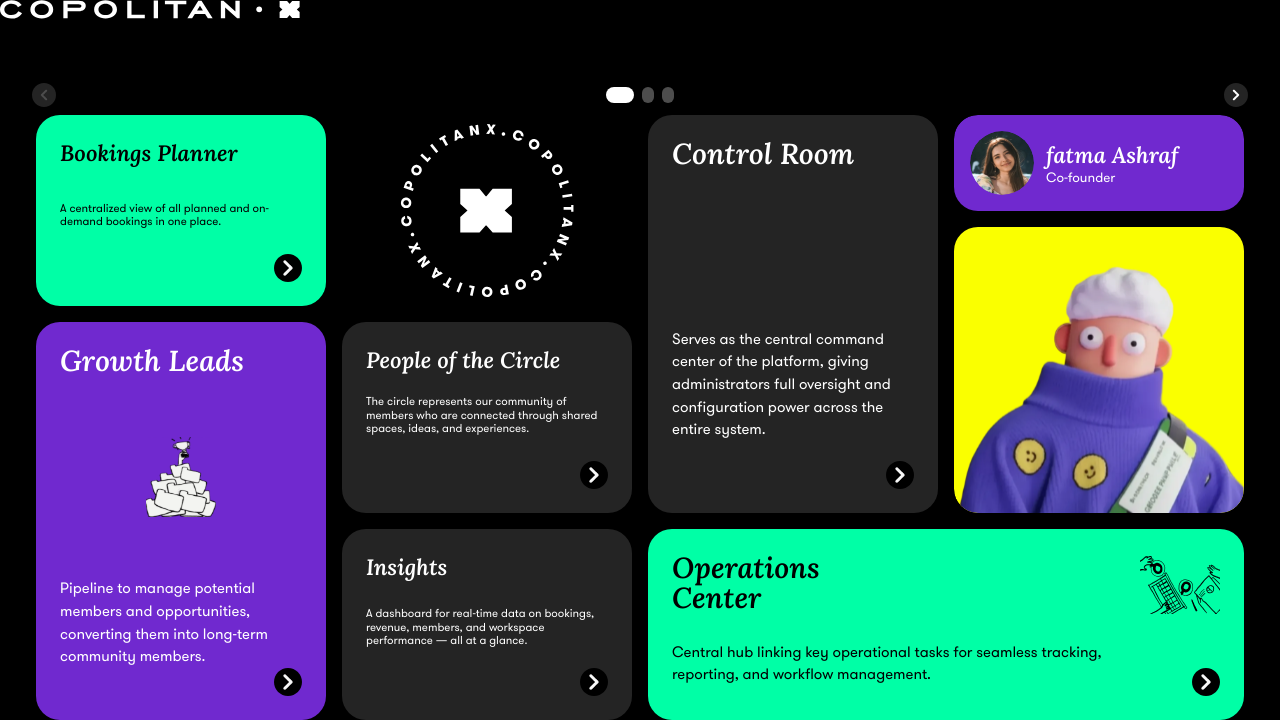
Repository: mohameddtalal/Copolitan-X
Page: /dashboard
These files come from the project's save history. The page is drawn as it stood at one moment and after the next save; the edit follows.
The browser window is 1280 px wide. The pictures show the whole page.
The project was rebuilt for these pictures with package versions that can differ from the ones it lists, and the page was loaded fresh each time. The framework's server and built-in components were replaced by stand-ins that run in the browser. Also part of the build but not shown: next.config.ts.

Above is the page before, as saved 2026-02-10 14:54:54.

### src/app/layout.tsx
import type { Metadata } from "next";
import { Geist, Geist_Mono } from "next/font/google";
import "./globals.css";
import Navbar from "@/components/Navbars/NavbarDynamic";
import { NavProvider } from "@/components/Context/Navcontext";

const geistSans = Geist({
  variable: "--font-geist-sans",
  subsets: ["latin"],
});

const geistMono = Geist_Mono({
  variable: "--font-geist-mono",
  subsets: ["latin"],
});

export const metadata: Metadata = {
  title: "Create Next App",
  description: "Generated by create next app",
};

export default function RootLayout({
  children,
}: Readonly<{
  children: React.ReactNode;
}>) {
  return (
    <html lang="en">
      <body
        className={`${geistSans.variable} ${geistMono.variable} antialiased  w-full flex flex-col m-0 p-0`}
      >

        <NavProvider>
          <div className="flex-shrink-0">
            <Navbar />
          </div>
          <div className="flex-1 overflow-auto w-full">
            {children}
          </div>
        </NavProvider>

      </body>
    </html>
  );
}

### src/app/(pages)/dashboard/page.tsx

'use client';

import BentoGrid from "@/components/BentoGrid/BentoGrid";





export default function DashboardPage() {
  return (
      <>
        <BentoGrid/>
      </>
  );
}

### src/app/globals.css
@import "tailwindcss";



:root {
  --background: #000000;
  --foreground: #ffffff;
  --green: #00ffa6;
}



@theme inline {
  --color-background: var(--background);
  --color-foreground: var(--foreground);
}

@media (prefers-color-scheme: dark) {
  :root {
    --background: #000000;
    --foreground: #ffffff;
  }
}

/* GT Walsheim */
@font-face {
  font-family: "GT Walsheim";
  src: url("/fonts/GT-Walsheim-Pro-Light.ttf") format("truetype");
  font-weight: 300;
  font-style: normal;
  font-display: swap;
}

@font-face {
  font-family: "GT Walsheim";
  src: url("/fonts/GT-Walsheim-Pro-Regular.ttf") format("truetype");
  font-weight: 400;
  font-style: normal;
  font-display: swap;
}

@font-face {
  font-family: "GT Walsheim";
  src: url("/fonts/GT-Walsheim-Pro-Medium.ttf") format("truetype");
  font-weight: 500;
  font-style: normal;
  font-display: swap;
}

@font-face {
  font-family: "GT Walsheim";
  src: url("/fonts/GT-Walsheim-Pro-Bold.ttf") format("truetype");
  font-weight: 700;
  font-style: normal;
  font-display: swap;
}

@font-face {
  font-family: "GT Walsheim";
  src: url("/fonts/GT-Walsheim-Pro-Ultra-Bold.ttf") format("truetype");
  font-weight: 800;
  font-style: normal;
  font-display: swap;
}

@font-face {
  font-family: "GT Walsheim";
  src: url("/fonts/GT-Walsheim-Pro-Ultra-Bold-Oblique.ttf") format("truetype");
  font-weight: 800;
  font-style: italic;
  font-display: swap;
}

@font-face {
  font-family: "Lora";
  src: url("/fonts/Lora-Italic.ttf") format("truetype");
  font-weight: 400;
  font-style: italic;
  font-display: swap;
}

@font-face {
  font-family: "Lora";
  src: url("/fonts/Lora-MediumItalic.ttf") format("truetype");
  font-weight: 500;
  font-style: italic;
  font-display: swap;
}

@font-face {
  font-family: "Lora";
  src: url("/fonts/Lora-SemiBoldItalic.ttf") format("truetype");
  font-weight: 600;
  font-style: italic;
  font-display: swap;
}

@font-face {
  font-family: "Lora";
  src: url("/fonts/Lora-BoldItalic.ttf") format("truetype");
  font-weight: 700;
  font-style: italic;
  font-display: swap;
}

body {
  background: var(--background);
  color: var(--foreground);
  font-family:
    "GT Walsheim",
    "Lora",
}

.font-gtwalsheim {
  font-family: "GT Walsheim";
  font-weight: 400;
}

.font-lora {
  font-family: "Lora";
}

.lora-semibold-italic {
  font-family: "Lora";
  font-weight: 600;
  font-style: italic;
}



.title-lg {
  font-size: clamp(1.125rem, 0.8571rem + 1.1905vw, 2rem);
  line-height: 30px;
}

.desc-lg {
  font-size: clamp(0.75rem, 0.6735rem + 0.3401vw, 1rem);
}

.title-md {
  font-size: clamp(1rem, 0.8469rem + 0.6803vw, 1.5rem);
  line-height: clamp(1.375rem, 1.1837rem + 0.8503vw, 2rem);
}

.desc-md {
  font-size: clamp(0.75rem, 0.7117rem + 0.1701vw, 0.875rem);
  line-height: clamp(0.75rem, 0.7117rem + 0.1701vw, 0.875rem);
}

.title-sm {
  font-size: clamp(1rem, 0.8469rem + 0.6803vw, 1.5rem);
  line-height: clamp(1.375rem, 1.1837rem + 0.8503vw, 2rem);
}

.desc-sm {
  font-size: clamp(0.625rem, 0.5867rem + 0.1701vw, 0.75rem);
  line-height: clamp(0.75rem, 0.7117rem + 0.1701vw, 0.875rem);
}
@media (min-height: 670px) {
body,html{
height: 100%;
}
}


/* width */
::-webkit-scrollbar {
  width: 8px;
  height: 8px;
}

/* Track */
::-webkit-scrollbar-track {
  background: transparent;
}

/* Handle */
::-webkit-scrollbar-thumb {
  background-color: #555;
  border-radius: 9999px;
  border: 2px solid transparent;
  background-clip: content-box;
}

/* Handle on hover */
::-webkit-scrollbar-thumb:hover {
  background-color: #777;
}

/* Flip Card Styles */
.perspective-1000 {
  perspective: 1000px;
}

.flip-wrapper {
  width: 100%;
  height: 100%;
  position: relative;
  transform-style: preserve-3d;
  transition: transform 0.6s;
  cursor: pointer;
}

.group:hover .flip-wrapper {
  transform: rotateY(180deg);
}

.flip-front,
.flip-back {
  backface-visibility: hidden;
  position: absolute;
  top: 0;
  left: 0;
  width: 100%;
  height: 100%;
}

.flip-front {
  z-index: 2;
  transform: rotateY(0deg);
}

.flip-back {
  transform: rotateY(180deg);
}

.card-button {
  padding: 8px 16px;
  border-radius: 9999px;
  font-size: 14px;
  font-weight: 500;
  border: none;
  cursor: pointer;
  display: flex;
  align-items: center;
  justify-content: center;
}

.card-back-scroller {
  flex: 1;
  overflow-y: auto;
  margin-top: auto;
}

### src/components/Navbars/NavbarDynamic.tsx
"use client";
import { useRouter } from "next/navigation";
import Link from "next/link";
import Image from "next/image";
import { useState } from "react";
import { useNav } from "@/components/Context/Navcontext";

const Navbar = () => {
  const [isSearchOpen, setIsSearchOpen] = useState(false);
  const [searchText, setSearchText] = useState("");
  const { selectedTitle, selectedButton } = useNav();
  const router = useRouter();
  const handleSearch = () => {
    setIsSearchOpen((prev) => !prev); // toggle input
  };
  return (
    <nav className="navbar ">
      <div className="row">
        <Link href="/dashboard">
          <div className="logo">
            <Image
              src="/navbar/Layer_1.svg"
              alt="LogoImage"
              className="logo-img"
              width={301}
              height={19}
            />
          </div>
        </Link>
        <div className="nav-inside">
          <div
            className=""
            style={{ marginBottom: "0px", color: "var(--black)" }}
          >
            <p>{selectedTitle}</p>
          </div>
          <div
            className=""
            style={{
              marginTop: "0px",
              color: "var(--black)",
              fontSize: "16px",
            }}
          >
            <p>{selectedButton}</p>
          </div>
        </div>
        <div className="navItems" style={{ position: "relative" }}>
          {isSearchOpen && (
            <input
              type="text"
              className="search-input"
              placeholder="Search..."
              value={searchText}
              onChange={(e) => setSearchText(e.target.value)}
              autoFocus
            />
          )}
          <div className="search">
            <button
              className="search"
              style={{ zIndex: 10, cursor: "pointer" }}
              onClick={handleSearch}
            >
              <Image
                className="search-img"
                src="/navbar/search.svg"
                alt="search"
                width={18}
                height={18}
              />
            </button>
            {/* Search input (show only if open) */}
          </div>
          <div className="line"></div>
          <div className="notifications">
            <button
              className="notification"
              style={{ cursor: "pointer" }}
              onClick={() => router.push("/notificationPage")}
            >
              <Image
                className="notification-img"
                src="/navbar/notification.svg"
                alt="notification"
                width={21}
                height={21}
              />
            </button>
          </div>
          <div className="line"></div>
          <div className="quote">
            <Image
              src="/navbar/quote.svg"
              alt="quote"
              width={14}
              height={13}
              className="quote-img"
            />
          </div>
        </div>
      </div>
    </nav>
  );
};

export default Navbar;

### src/components/Context/Navcontext.tsx
"use client";

import { createContext, useContext, useState } from "react";

const NavContext = createContext<any>(null);

export function NavProvider({ children }: { children: React.ReactNode }) {
  const [selectedTitle, setSelectedTitle] = useState("");
  const [selectedButton, setSelectedButton] = useState("");

  return (
    <NavContext.Provider
      value={{ selectedTitle, setSelectedTitle, selectedButton, setSelectedButton }}
    >
      {children}
    </NavContext.Provider>
  );
}

export function useNav() {
  return useContext(NavContext);
}

### src/components/BentoGrid/BentoGrid.tsx
import React, { useState } from 'react';
import { motion } from 'framer-motion';
import Navigation from '../Navigation/Navigation';
import PageContainer from '../PageContainer/PageContainer';
import BadgeCard from '../BadgeCard/BadgeCard';

const BentoGrid = () => {
    const [currentPage, setCurrentPage] = useState(0);

    // Dummy data for cards - 3 pages × 12 cards each
    const pages = [
        // Page 1
        [
            { id: 1, title: "Bookings Planner", description: "A centralized view of all planned and on-demand bookings in one place.", color: "bg-[var(--green)]", span: "col-span-1 row-span-1", flippable: true },
            { id: 2, title: "", description: "", color: "bg-[var(--background)]", span: "col-span-1 row-span-1", image: "/cards/CIRCULAR TEXT.svg" },
            { id: 3, title: "Control Room", description: "Serves as the central command center of the platform, giving administrators full oversight and configuration power across the entire system.", color: "bg-[#242424]", span: "col-span-1 row-span-2", flippable: true },
            { id: 4, title: "fatma Ashraf", description: "Co-founder", color: "bg-[var(--background)]", span: "col-span-1 row-span-2", isSplit: true, profileImage: "/cards/profile.svg", characterImage: "/cards/character.svg" },
            { id: 5, title: "Growth Leads", description: "Pipeline to manage potential members and opportunities, converting them into long-term community members.", color: "bg-[#7029CF]", span: "col-span-1 row-span-2", cardImage: "/cards/card5.svg", layoutType: "column" },
            { id: 6, title: "People of the Circle", description: "The circle represents our community of members who are connected through shared spaces, ideas, and experiences.", color: "bg-[#242424]", span: "col-span-1 row-span-1" },
            { id: 7, title: "Insights", description: "A dashboard for real-time data on bookings, revenue, members, and workspace performance — all at a glance.", color: "bg-[#242424]", span: "col-span-1 row-span-1" },
            { id: 8, title: "Operations \nCenter", description: "Central hub linking key operational tasks for seamless tracking, reporting, and workflow management.", color: "bg-[var(--green)]", span: "col-span-2 row-span-1", cardImage: "/cards/card8.svg", layoutType: "row" },
        ],
        // Page 2
        [
            { id: 9, title: "Partnerships Network", description: "Oversee and manage all partnerships, deals, and strategic collaborations", color: "bg-[#FFD3D2]", span: "col-span-1 row-span-1", flippable: true },
            { id: 2, title: "", description: "", color: "bg-[var(--background)]", span: "col-span-1 row-span-1", image: "/cards/CIRCULAR TEXT.svg" },
            { id: 10, title: "Security \nControl", description: "Serves as the central command center of the platform, giving administrators full oversight and configuration power across the entire system.", color: "bg-[#242424]", span: "col-span-1 row-span-2", cardImage: "/cards/card11.svg", layoutType: "column" },
            { id: 4, title: "fatma Ashraf", description: "Co-founder", color: "bg-[var(--background)]", span: "col-span-1 row-span-2", isSplit: true, profileImage: "/cards/profile.svg", characterImage: "/cards/character.svg" },
            { id: 11, title: "Finance Center", description: "A control panel for streamlined financial records and insights collaborations.", color: "bg-[#242424]", span: "col-span-1 row-span-2" },
            { id: 12, title: "Experience& \nEngagement Lab", description: "A tools lab that drives engagement and growth where experience is refined and elevated.", color: "bg-[#242424]", span: "col-span-1 row-span-1" },
            { id: 13, title: "Data Hub", description: "A streamlined repository for all data collect, analyze, and access key metrics to drive informed decisions.", color: "bg-[#242424]", span: "col-span-1 row-span-1" },
            { id: 14, title: "Facility \nManagement ", description: "Central hub linking key operational tasks for seamless tracking, reporting, and workflow management.", color: "bg-[#242424]", span: "col-span-2 row-span-1", cardImage: "/cards/card15.svg", layoutType: "row" },
        ],
        // Page 3
        [
            { id: 15, title: "Data Hub", description: "A streamlined repository for all data collect, analyze, and access key metrics to drive informed decisions.", color: "bg-[#FFD3D2]", span: "col-span-1 row-span-1", flippable: true },
            { id: 2, title: "", description: "", color: "invisible pointer-events-none", span: "col-span-1 row-span-1", image: "/cards/CIRCULAR TEXT.svg" },
            { id: 10, title: "Security \nControl", description: "Serves as the central command center of the platform, giving administrators full oversight and configuration power across the entire system.", color: "invisible pointer-events-none", span: "col-span-1 row-span-2", cardImage: "/cards/card11.svg", layoutType: "column" },
            { id: 4, title: "fatma Ashraf", description: "Co-founder", color: "bg-[var(--background)]", span: "col-span-1 row-span-2", isSplit: true, profileImage: "/cards/profile.svg", characterImage: "/cards/character.svg" },
            { id: 11, title: "Finance Center", description: "A control panel for streamlined financial records and insights collaborations.", color: "invisible pointer-events-none", span: "col-span-1 row-span-2" },
            { id: 12, title: "Experience& \nEngagement Lab", description: "A tools lab that drives engagement and growth where experience is refined and elevated.", color: "invisible pointer-events-none", span: "col-span-1 row-span-1" },
            { id: 13, title: "Data Hub", description: "A streamlined repository for all data collect, analyze, and access key metrics to drive informed decisions.", color: "invisible pointer-events-none", span: "col-span-1 row-span-1" },
            { id: 14, title: "Facility \nManagement ", description: "Central hub linking key operational tasks for seamless tracking, reporting, and workflow management.", color: "invisible pointer-events-none", span: "col-span-2 row-span-1", cardImage: "/cards/card15.svg", layoutType: "row" },
        ],



    ];
    const nextPage = () => {
        if (currentPage < pages.length - 1) {
            setCurrentPage(currentPage + 1);
        }
    };

    const prevPage = () => {
        if (currentPage > 0) {
            setCurrentPage(currentPage - 1);
        }
    };

    return (
        <div className="w-full h-full  px-1 sm:px-1 md:px-2 lg:px-3 xl:px-5 flex flex-col overflow-hidden">
            {/* Navigation Section */}
            <Navigation
              currentPage={currentPage}
              pages={pages}
              setCurrentPage={setCurrentPage}
              totalPages={pages.length}
              onPrev={prevPage}
              onNext={nextPage}
            />

            {/* Grid Container */}
            <div className="flex-1 overflow-hidden w-full min-h-0">
                <div
                    className="flex h-full w-full transition-transform duration-1000 ease-[cubic-bezier(0.16,1,0.3,1)]"
                    style={{ transform: `translateX(-${currentPage * 100}%)` }}
                >
                    {pages.map((page, pageIndex) => (
                        <PageContainer key={pageIndex}>
                            {page.map((card) => (
                                <BadgeCard key={card.id} card={card} />
                            ))}
                        </PageContainer>
                    ))}
                </div>
            </div>


        </div>
    );
};

export default BentoGrid;

### src/components/Navigation/Navigation.tsx
import React from 'react';

export default function Navigation({
  currentPage,
  totalPages,
  setCurrentPage,
  pages,
  onPrev,
  onNext,
}: {
  currentPage: number;
  totalPages: number;
  setCurrentPage:Function,
  pages:any[],
  onPrev: () => void;
  onNext: () => void;
}) {
  return (
    <div className="flex items-center justify-between  shrink-0 px-1 sm:px-1 md:px-1 lg:px-2 xl:px-3  ">
      <div className="flex  justify-between w-full items-center mb-2">
        <button
          onClick={onPrev}
          disabled={currentPage === 0}
          className={`rounded-full  transition-all ${
            currentPage === 0 ? 'cursor-not-allowed' : 'cursor-pointer'
          }`}
        >
          <img
            src={currentPage === 0 ? "/cards/DimmedLeft.svg" : "/cards/Left.svg"}
            alt="Previous"
            className="w-3 h-3 sm:w-4 sm:h-4 lg:w-6 lg:h-6"
          />
        </button>
   {/* Page Indicators */}
            <div className="flex justify-center gap-2 shrink-0 ">
                {pages.map((_, index) => (
                    <button
                        key={index}
                        onClick={() => setCurrentPage(index)}
                        className={`h-4 cursor-pointer rounded-full transition-all ${currentPage === index ? 'w-5 sm:w-7 bg-white' : 'w-3 bg-white/30'
                            }`}
                    />
                ))}
            </div>
        <button
          onClick={onNext}
          disabled={currentPage === totalPages - 1}
          className={`rounded-full transition-all   ${
            currentPage === totalPages - 1 ? 'cursor-not-allowed' : 'cursor-pointer'
          }`}
        >
          <img
            src={currentPage === totalPages - 1 ? "/cards/DimmedRight.svg" : "/cards/Right.svg"}
            alt="Next"
            className="w-3 h-3 sm:w-4 sm:h-4 lg:w-6 lg:h-6"
          />
        </button>
      </div>
    </div>
  );
}

### src/components/PageContainer/PageContainer.tsx
export default function PageContainer({ children }: { children: React.ReactNode }) {


    return (
        <div className="min-w-full h-full px-1.5 sm:px-2 md:px-2 lg:px-3 xl:px-4 flex items-center justify-center ">
            <div className="grid grid-cols-4 grid-rows-3 gap-2 sm:gap-3 lg:gap-4 w-full h-full auto-rows-fr relative">
                {children}
            </div>
        </div>
    )
}

### src/components/BadgeCard/BadgeCard.module.css

.card-3,
.card-10,
.card-11 {
  display: flex;
  height: 100%;
  flex-direction: column;
  justify-content: space-between;
  padding-bottom: 20px;
}

.card-1,
.card-15,
.card-9 {
  display: flex;
  height: 100%;
  flex-direction: column;
  justify-content: space-between;
  padding-bottom: 25px;
}

.card-13,
.card-7 {
  display: flex;
  height: 100%;
  flex-direction: column;
  justify-content: space-between;
  padding-bottom: 20px;
}
.card-6,
.card-12 {
  display: flex;
  height: 100%;
  flex-direction: column;
  justify-content: space-between;
  padding-bottom: 25px;
}

.card-8,
.card-10,
.card-14 {
  display: flex;
  height: 100%;
  flex-direction: column;
  justify-content: space-between;
  padding-bottom: 10px;
}

.card-icon-8,
.card-icon-14,
.card-icon-12 {
  position: absolute;
  right: 24px;
  bottom: 24px;
}

.card-image-4{
  height: 100%;
}

Loaded but not shown: src/components/BadgeCard/BadgeCard.tsx (222 lines, source omitted)

After the next save:
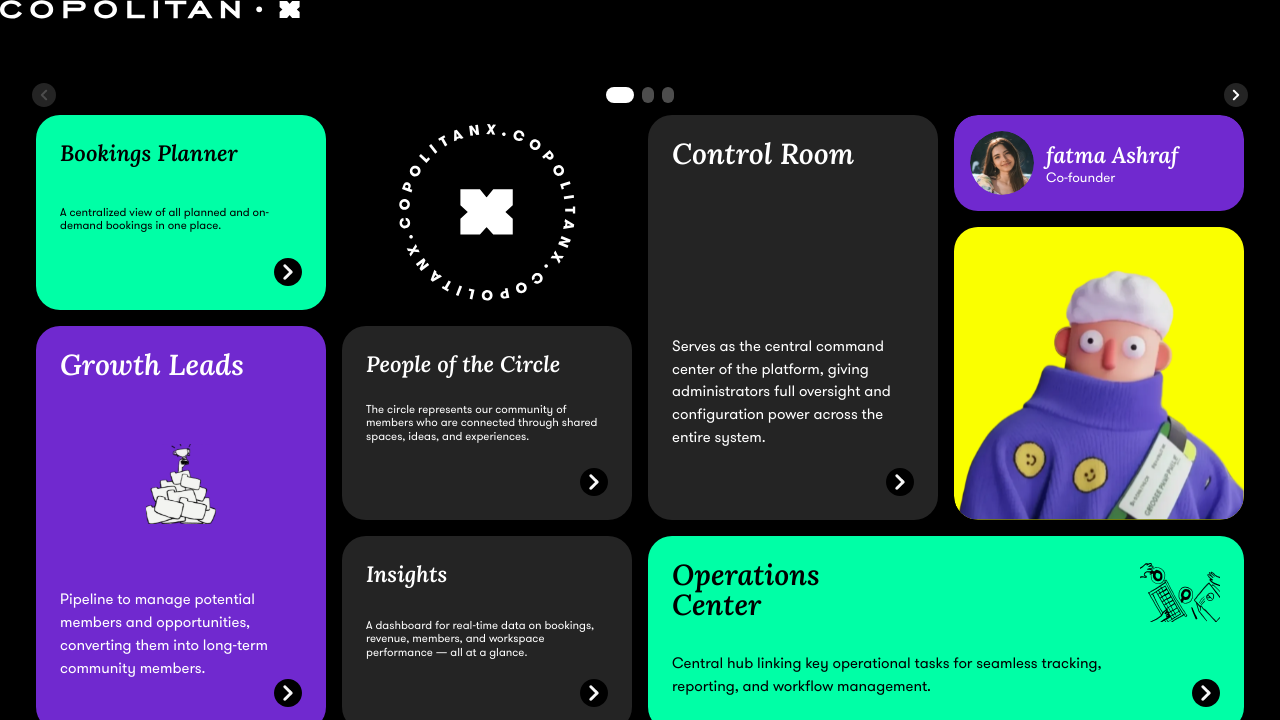
Saved 6 min 37 s later.
--- a/src/components/BentoGrid/BentoGrid.tsx
+++ b/src/components/BentoGrid/BentoGrid.tsx
@@ -73,7 +73,7 @@ const BentoGrid = () => {
             {/* Grid Container */}
             <div className="flex-1 overflow-hidden w-full min-h-0">
                 <div
-                    className="flex h-full w-full transition-transform duration-1000 ease-[cubic-bezier(0.16,1,0.3,1)]"
+                    className="flex  w-full transition-transform duration-1000 ease-[cubic-bezier(0.16,1,0.3,1)]"
                     style={{ transform: `translateX(-${currentPage * 100}%)` }}
                 >
                     {pages.map((page, pageIndex) => (
